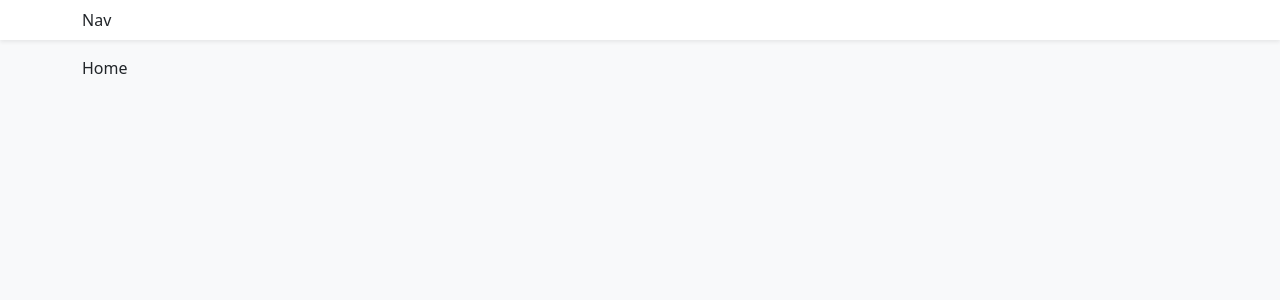
Repository: MoNasr2022/shopping-cart
Page: /
The author's editor kept a copy of each file at every save. The page is drawn from the files as they stood at one save, then again after a run of saves.
The browser window is 1280 px wide. The pictures show the whole page.
The project was rebuilt for these pictures with package versions that can differ from the ones it lists, and the page was loaded fresh each time. Also part of the build but not shown: vite.config.ts, src/pages/Store.tsx, src/pages/About.tsx.

Above is the page before, as saved 2023-04-17 01:22:33.

### index.html
<!DOCTYPE html>
<html lang="en">
  <head>
    <meta charset="UTF-8" />
    <link rel="icon" type="image/svg+xml" href="/vite.svg" />
    <meta name="viewport" content="width=device-width, initial-scale=1.0" />
    <title>Nasr Shopping Cart</title>
  </head>
  <body class="bg-light">
    <div id="root"></div>
    <script type="module" src="/src/main.tsx"></script>
  </body>
</html>

### src/App.tsx
import { Routes, Route } from "react-router-dom";
import { Container } from "react-bootstrap";
import Home from "./pages/Home";
import Store from "./pages/Store";
import About from "./pages/About";
import Navbar from "./components/Navbar";

function App() {
  return (
    <>
      <Navbar />
      <Container className="mb-4">
        <Routes>
          <Route path="/" element={<Home />} />
          <Route path="/store" element={<Store />} />
          <Route path="/about" element={<About />} />
        </Routes>
      </Container>
    </>
  );
}

export default App;

### src/pages/Home.tsx


export default function Home () {
  return (
    <div>Home</div>
  )
}

### src/components/Navbar.tsx
import { Navbar as NavbarB } from "react-bootstrap";
import { Container, Nav } from "react-bootstrap";
export default function Navbar() {
  return (
    <NavbarB className="bg-white shadow-sm mb-3">
      <Container>Nav</Container>
    </NavbarB>
  );
}

Loaded but not shown: src/main.tsx (common file)

After the next 5 saves:
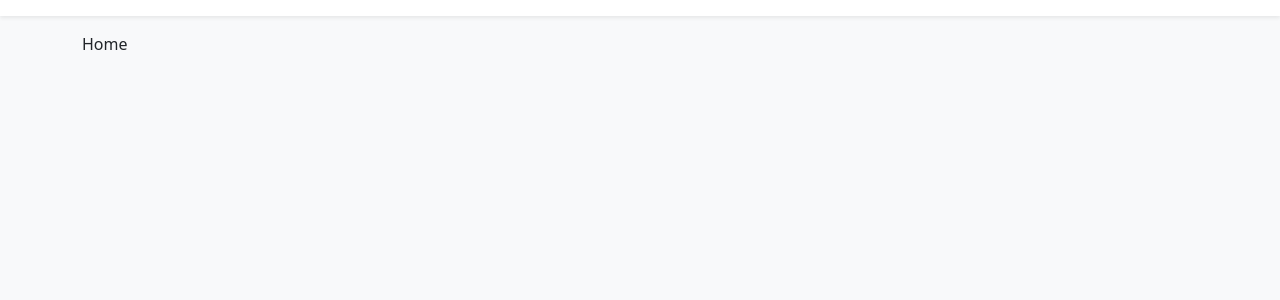
The 5 saves are shown as one change because they came seconds apart.
The last was saved 13 s later.
--- a/src/components/Navbar.tsx
+++ b/src/components/Navbar.tsx
@@ -3,7 +3,11 @@
 export default function Navbar() {
   return (
     <NavbarB className="bg-white shadow-sm mb-3">
-      <Container>Nav</Container>
+          <Container>
+              <Nav>
+
+              </Nav>
+      </Container>
     </NavbarB>
   );
 }

After the 4 saves that followed:
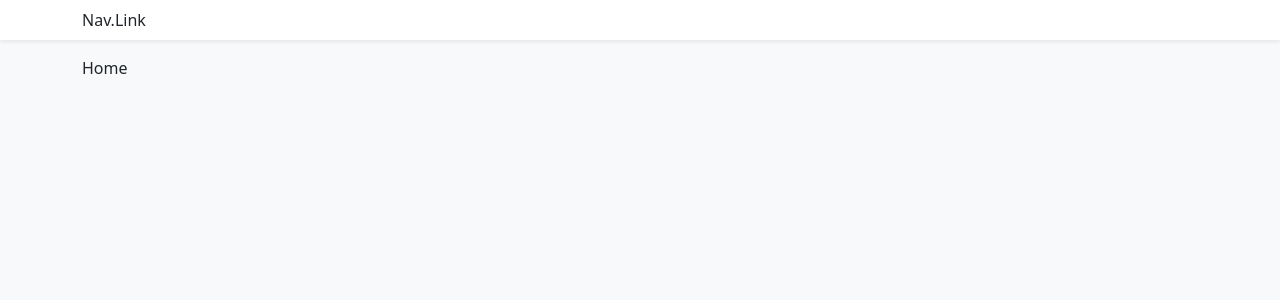
The 4 saves are shown as one change because they came seconds apart.
The last was saved 38 s later.
--- a/src/components/Navbar.tsx
+++ b/src/components/Navbar.tsx
@@ -5,7 +5,7 @@
     <NavbarB className="bg-white shadow-sm mb-3">
           <Container>
               <Nav>
-
+                  Nav.Link
               </Nav>
       </Container>
     </NavbarB>
